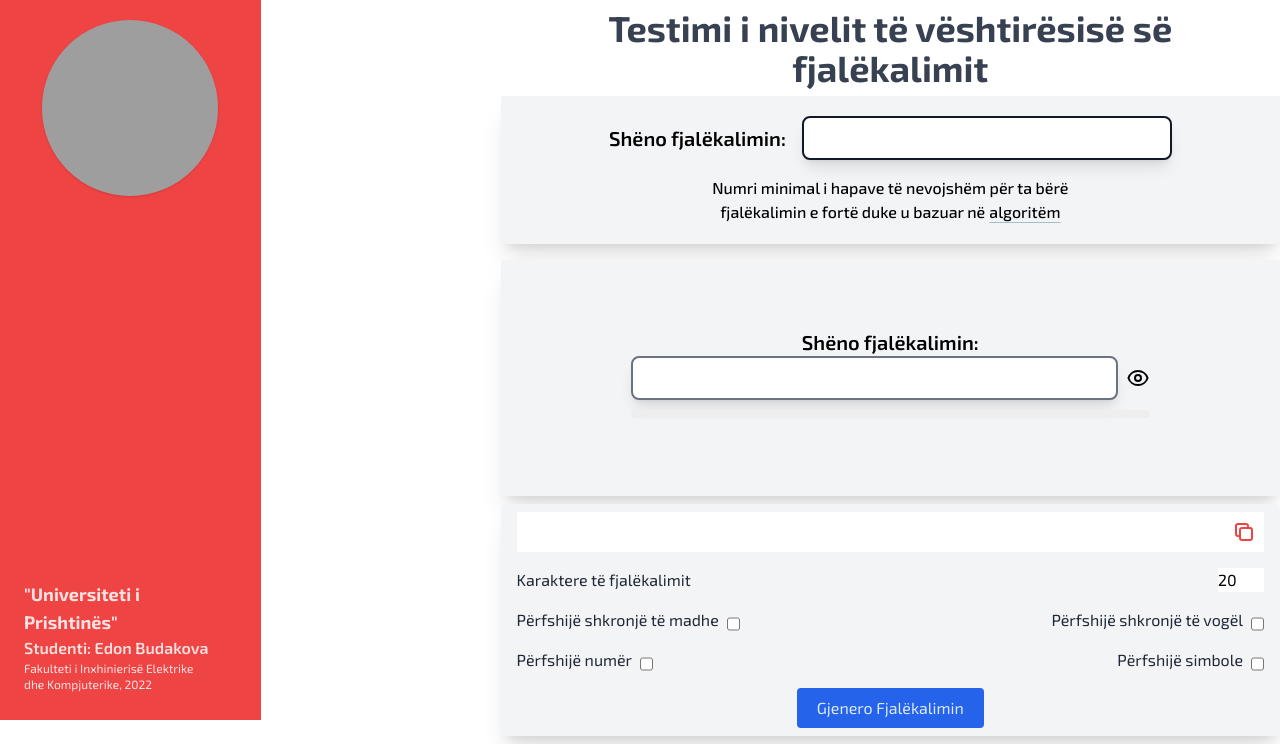
Repository: edonb99/Testing-the-level-of-password-difficulty
Page: /
An editor plug-in stored every save of this project. The page is shown before and after a run of saves, followed by the edit.
The browser window is 1280 px wide. The pictures show the whole page.
Pictures or frames that could not be fetched are drawn as grey boxes. The project was rebuilt for these pictures with package versions that can differ from the ones it lists, and the page was loaded fresh each time.

Above is the page before, as saved 2022-03-22 14:41:16.

After the next 2 saves:
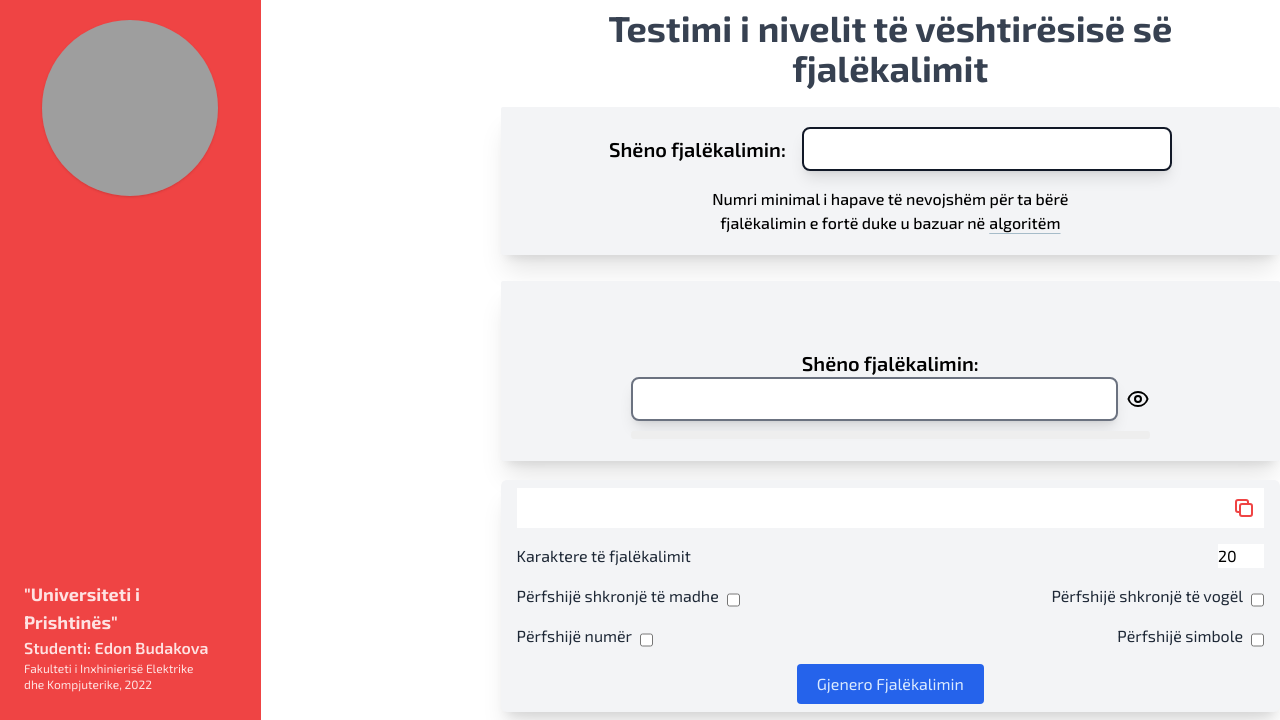
The 2 saves are shown as one change because 1 did not build or start.
The last was saved 3 min 47 s later.
--- a/src/components/PasswordChecker.jsx
+++ b/src/components/PasswordChecker.jsx
@@ -57,17 +57,17 @@ const PasswordChecker = (props) => {
       />
       <br />
       <p className="text-base">
-      <div class="h-14">
+
         {password && (
           <p
-            className={`text-center text-base md:text-xl font-medium password__label strength-${
+
+            className={`text-center text-base h-12 md:text-xl font-medium password__label strength-${
               createPasswordLabel().info
             }`}
           >
             Fuqia e fjalëkalimit: <span>{createPasswordLabel().info} </span>
           </p>
         )}
-        </div>
 
       </p>
     </div>
